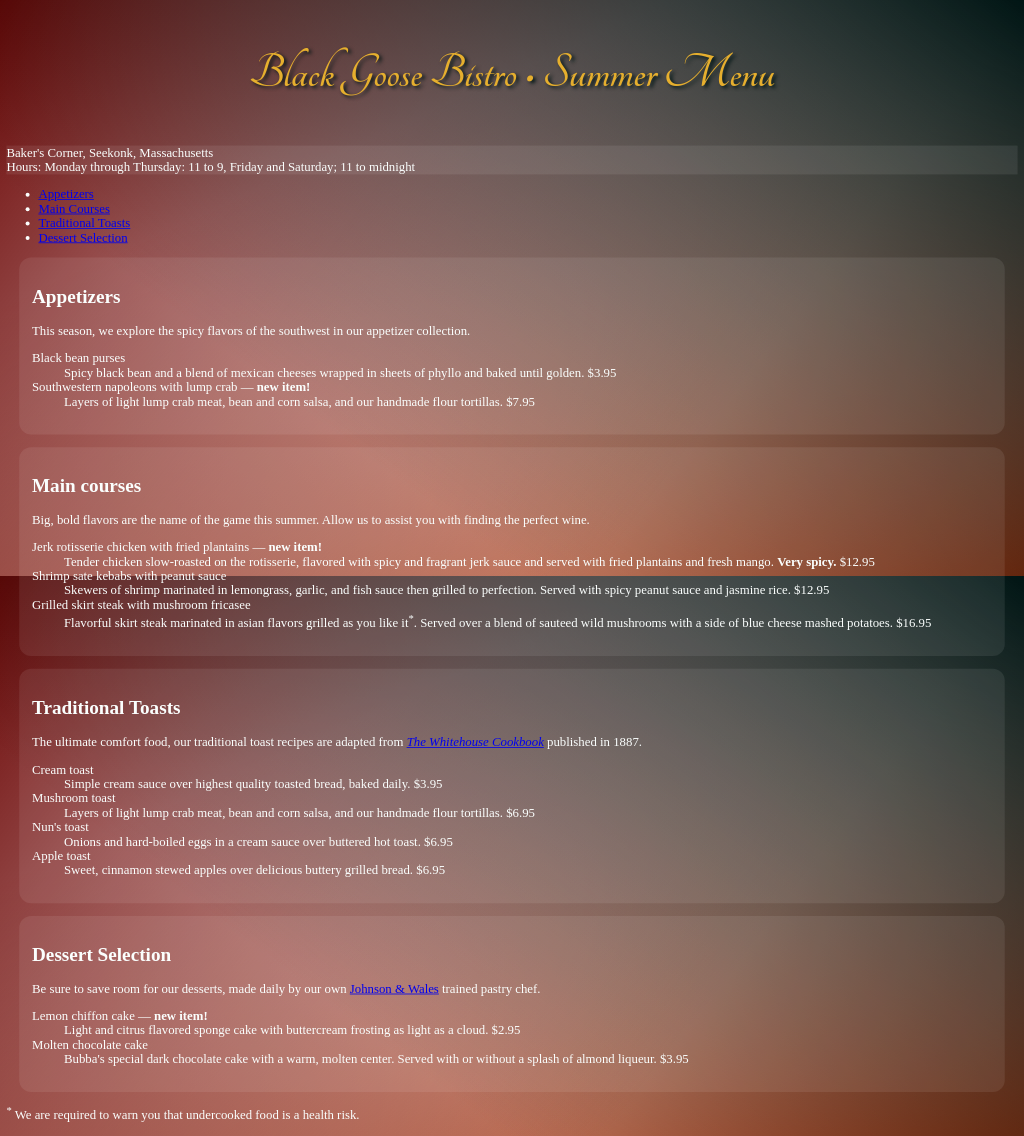
Repository: Colo-Codes/code-practice
Page: 02-css-practice-4.html
An editor plug-in stored every save of this project. The page is shown before and after the next save, followed by the edit.
The browser window is 1280 px wide. The pictures show the whole page, at 80% of full size.
Backgrounds fixed to the window are drawn as part of the page. Some web fonts or font styles are not loaded; a fallback is used.

Above is the page before, as saved 2021-05-07 09:34:41.

### 02-css-practice-4.html
<!DOCTYPE html>
<html>

<head>
    <meta charset="utf-8">
    <title>Black Goose Bistro Summer Menu</title>
    <link href='http://fonts.googleapis.com/css?family=Marko+One' rel='stylesheet' type='text/css'>
    <style>
        /* Colour palette:
            Dark Jungle Green:  #001514 rgb(0, 21, 20)
            White:              #FBFFFE rgb(251, 255, 254)
            Blood Red:          #6B0504 rgb(107, 5, 4)
            Chinese Red:        #A3320B rgb(163, 50, 11)
            Goldenrod:          #E6AF2E rgb(230, 175, 46)
        */
        @font-face {
            font-family: Tangerine;
            src: url(./assets/fonts/Tangerine/Tangerine-Regular.ttf);
        }
        @font-face {
            font-family: Tangerine;
            src: url(./assets/fonts/Tangerine/Tangerine-Bold.ttf);
            font-weight: bold;
        }
        body {
            background:
                fixed linear-gradient(217deg, rgba(0, 21, 20), rgba(255,255,255,0) 70.71%),
                fixed linear-gradient(127deg, rgba(107, 5, 4), rgba(0,255,0,0) 70.71%),
                fixed linear-gradient(336deg, rgba(163, 50, 11), rgba(0,0,255,0) 70.71%);
            color: rgba(251, 255, 254);
        }
        header > h1 {
            /* Sexy Vulcan With Smooth Happy Feet: Style Variant Weight Size lHeight Family */
            font: bold 4em/1.5 Tangerine, "Times New Roman", serif;
            text-align: center;
            color: rgb(230, 175, 46);
            text-shadow: .05em .05em 5px rgba(0,21,20,1) ;
        }
        section {
            background-color: rgba(251, 255, 254, .08);
            padding: 1em;
            margin: 1em;
            border-radius: 15px;
        }
        header div p {
            background-color: rgba(251, 255, 254, .08);
        }
    </style>
</head>

<body>

    <header>
        <h1>Black Goose Bistro &bull; Summer Menu</h1>

        <div id="info">
            <p>Baker's Corner, Seekonk, Massachusetts<br>
                <span class="label">Hours: Monday through Thursday:</span> 11 to 9, <span class="label">Friday and
                    Saturday;</span> 11 to midnight
            </p>
            <ul>
                <li><a href="#appetizers">Appetizers</a></li>
                <li><a href="#entrees">Main Courses</a></li>
                <li><a href="#toast">Traditional Toasts</a></li>
                <li><a href="#dessert">Dessert Selection</a></li>
            </ul>
        </div>
    </header>

    <section id="appetizers">
        <h2>Appetizers</h2>
        <p>This season, we explore the spicy flavors of the southwest in our appetizer collection.</p>

        <dl>
            <dt>Black bean purses</dt>
            <dd>Spicy black bean and a blend of mexican cheeses wrapped in sheets of phyllo and baked until golden.
                <span class="price">$3.95</span></dd>

            <dt class="newitem">Southwestern napoleons with lump crab &mdash; <strong>new item!</strong></dt>
            <dd>Layers of light lump crab meat, bean and corn salsa, and our handmade flour tortillas. <span
                    class="price">$7.95</span></dd>
        </dl>
    </section>

    <section id="entrees">

        <h2>Main courses</h2>
        <p>Big, bold flavors are the name of the game this summer. Allow us to assist you with finding the perfect wine.
        </p>


        <dl>

            <dt class="newitem">Jerk rotisserie chicken with fried plantains &mdash; <strong>new item!</strong></dt>
            <dd>Tender chicken slow-roasted on the rotisserie, flavored with spicy and fragrant jerk sauce and served
                with fried plantains and fresh mango. <strong>Very spicy.</strong> <span class="price">$12.95</span>
            </dd>

            <dt>Shrimp sate kebabs with peanut sauce</dt>
            <dd>Skewers of shrimp marinated in lemongrass, garlic, and fish sauce then grilled to perfection. Served
                with spicy peanut sauce and jasmine rice. <span class="price">$12.95</span></dd>

            <dt>Grilled skirt steak with mushroom fricasee</dt>
            <dd>Flavorful skirt steak marinated in asian flavors grilled as you like it<sup>*</sup>. Served over a blend
                of sauteed wild mushrooms with a side of blue cheese mashed potatoes. <span class="price">$16.95</span>
            </dd>
        </dl>

    </section>

    <section id="toast">
        <h2>Traditional Toasts</h2>
        <p>The ultimate comfort food, our traditional toast recipes are adapted from <a
                href="http://www.gutenberg.org/files/13923/13923-h/13923-h.htm"><cite>The Whitehouse Cookbook</cite></a>
            published in 1887.</p>

        <dl>
            <dt>Cream toast</dt>
            <dd>Simple cream sauce over highest quality toasted bread, baked daily. <span class="price">$3.95</span>
            </dd>

            <dt>Mushroom toast</dt>
            <dd>Layers of light lump crab meat, bean and corn salsa, and our handmade flour tortillas. <span
                    class="price">$6.95</span></dd>

            <dt>Nun's toast</dt>
            <dd>Onions and hard-boiled eggs in a cream sauce over buttered hot toast. <span class="price">$6.95</span>
            </dd>

            <dt>Apple toast</dt>
            <dd>Sweet, cinnamon stewed apples over delicious buttery grilled bread. <span class="price">$6.95</span>
            </dd>
        </dl>
    </section>

    <section id="dessert">
        <h2>Dessert Selection</h2>
        <p>Be sure to save room for our desserts, made daily by our own <a
                href="http://www.jwu.edu/college.aspx?id=19510">Johnson & Wales</a> trained pastry chef.</p>

        <dl>
            <dt class="newitem">Lemon chiffon cake &mdash; <strong>new item!</strong></dt>
            <dd>Light and citrus flavored sponge cake with buttercream frosting as light as a cloud. <span
                    class="price">$2.95</span></dd>

            <dt class="newitem">Molten chocolate cake</dt>
            <dd>Bubba's special dark chocolate cake with a warm, molten center. Served with or without a splash of
                almond liqueur. <span class="price">$3.95</span></dd>
        </dl>
    </section>

    <footer>
        <p class="warning"><sup>*</sup> We are required to warn you that undercooked food is a health risk.</p>
    </footer>

</body>

</html>

After the next save:
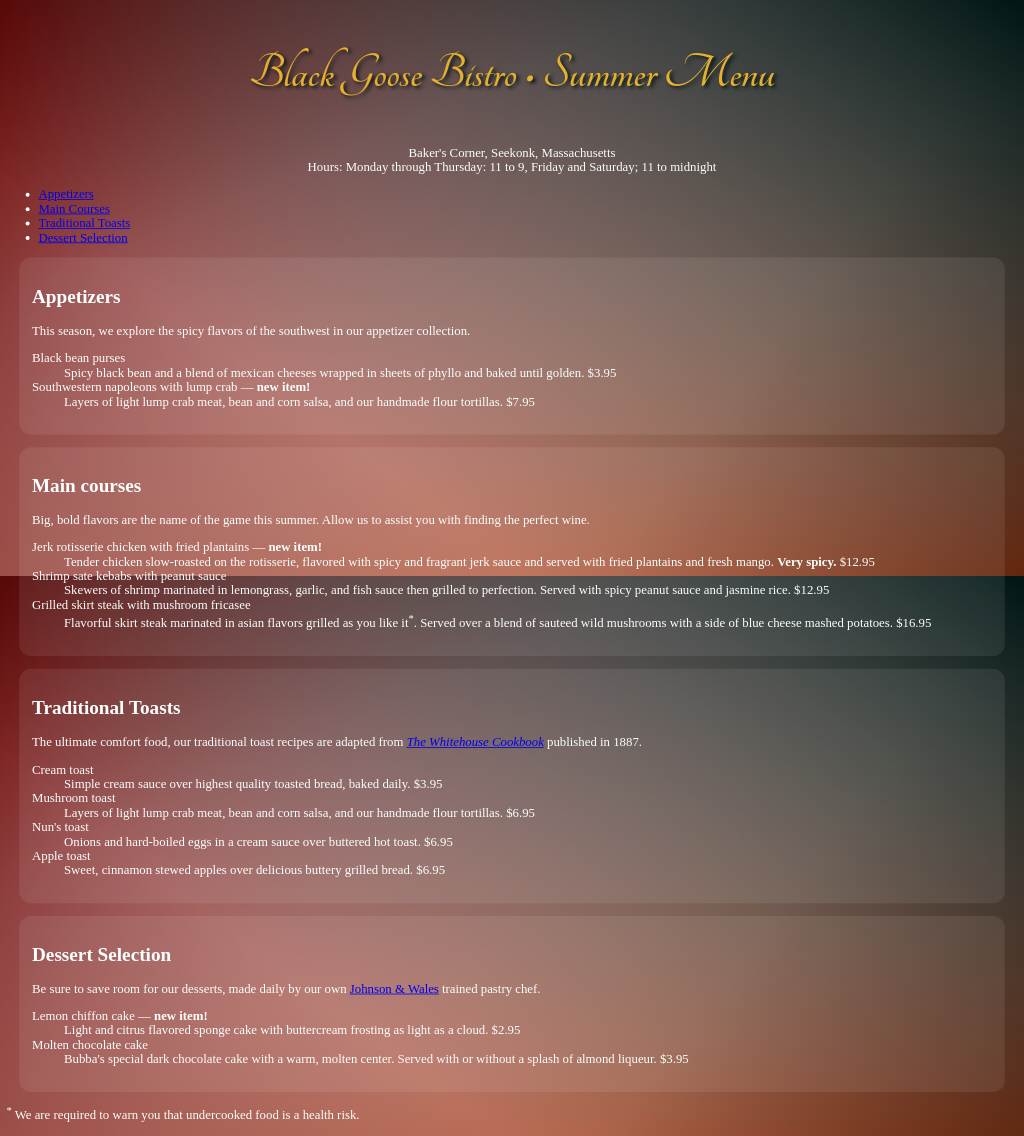
Saved 21 s later.
--- a/02-css-practice-4.html
+++ b/02-css-practice-4.html
@@ -43,7 +43,7 @@
             border-radius: 15px;
         }
         header div p {
-            background-color: rgba(251, 255, 254, .08);
+            text-align: center;
         }
     </style>
 </head>
